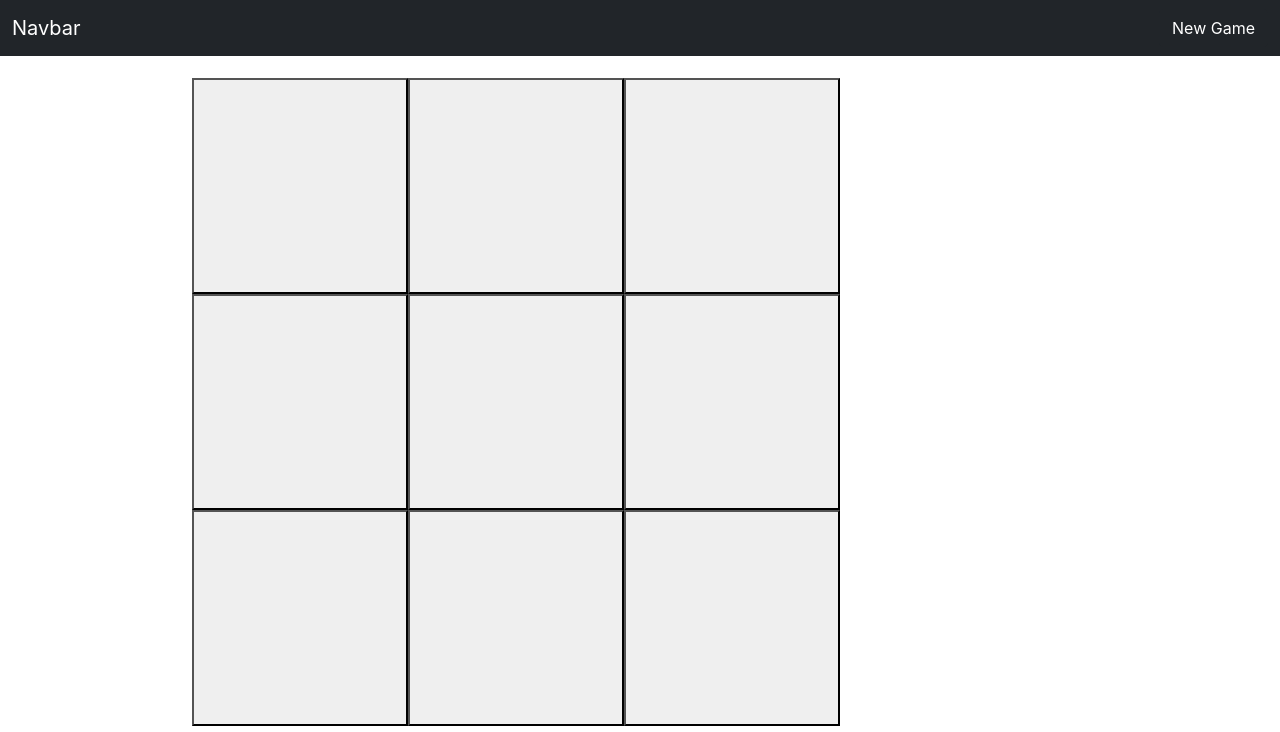
Repository: napan24/tic-tac-toe
Page: /
The author's editor kept a copy of each file at every save. The page is drawn from the files as they stood at one save, then again after the next save.
The browser window is 1280 px wide. The pictures show the whole page.
The project was rebuilt for these pictures with package versions that can differ from the ones it lists, and the page was loaded fresh each time. Also part of the build but not shown: src/App.css.

Above is the page before, as saved 2022-06-15 12:50:35.

After the next save:
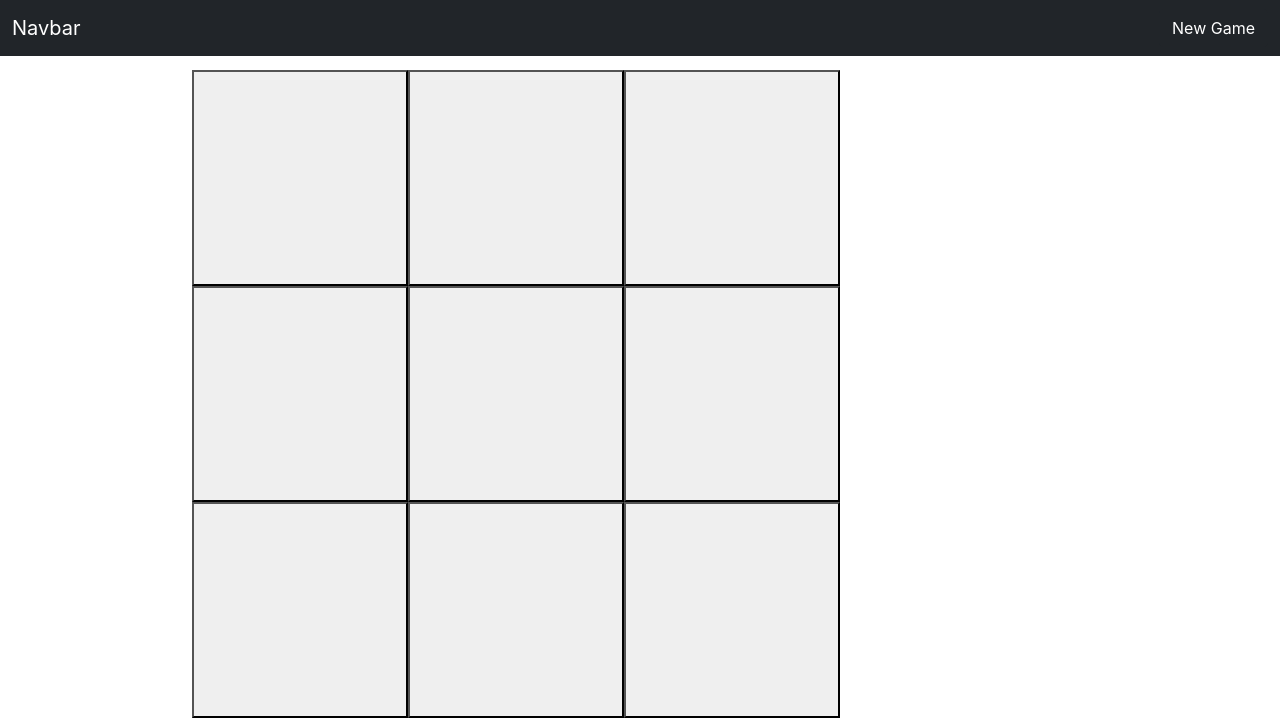
Saved 5 s later.
--- a/src/App.js
+++ b/src/App.js
@@ -222,7 +222,7 @@ function App() {
         </div>
       </nav>
 
-      <div id="mainblock" style={{paddingTop:"3vh"}}>
+      <div id="mainblock" style={{paddingTop:"2vh"}}>
         <div id="win" class="alert alert-success" style={{ display: "none", position: "absolute", left: "50%" }} role="alert">
           {curr ? <FontAwesomeIcon icon={faCircle} size="3x" /> : <FontAwesomeIcon icon={faXmark} size="2x" />}
           <span style={{ fontSize: "24px" }}> &nbsp; is the winner</span>
